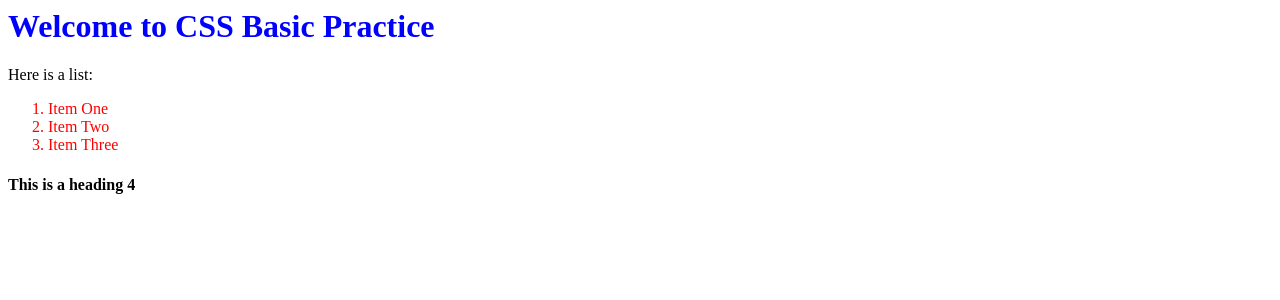
Repository: MonwarAdeeb/Bista_Solutions
Page: HTML & CSS/CSS/Level One/Level_One.html
These files come from the project's save history. The page is drawn as it stood at one moment and after the next save; the edit follows.
The browser window is 1280 px wide. The pictures show the whole page.

Above is the page before, as saved 2021-05-19 16:04:51.

After the next save:
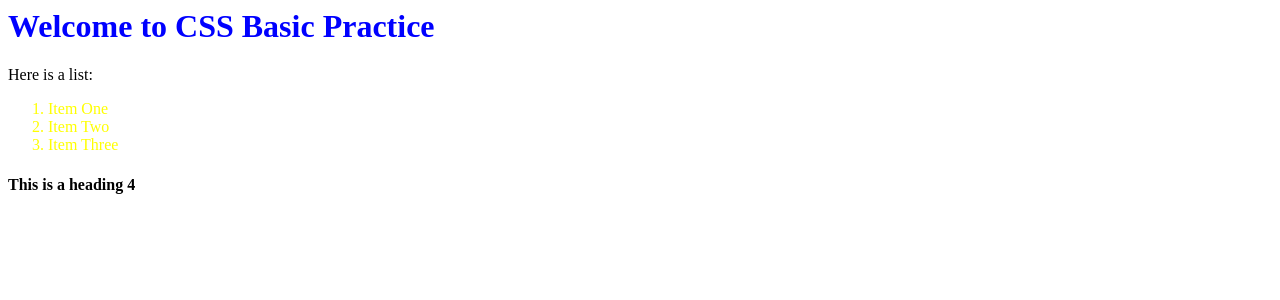
Saved 7 s later.
--- a/HTML & CSS/CSS/Level One/Level_One_CSS.css
+++ b/HTML & CSS/CSS/Level One/Level_One_CSS.css
@@ -8,5 +8,5 @@
 }
 
 li {
-  color: rgb(255, 0, 0);
+  color: rgb(255, 255, 0);
 }
